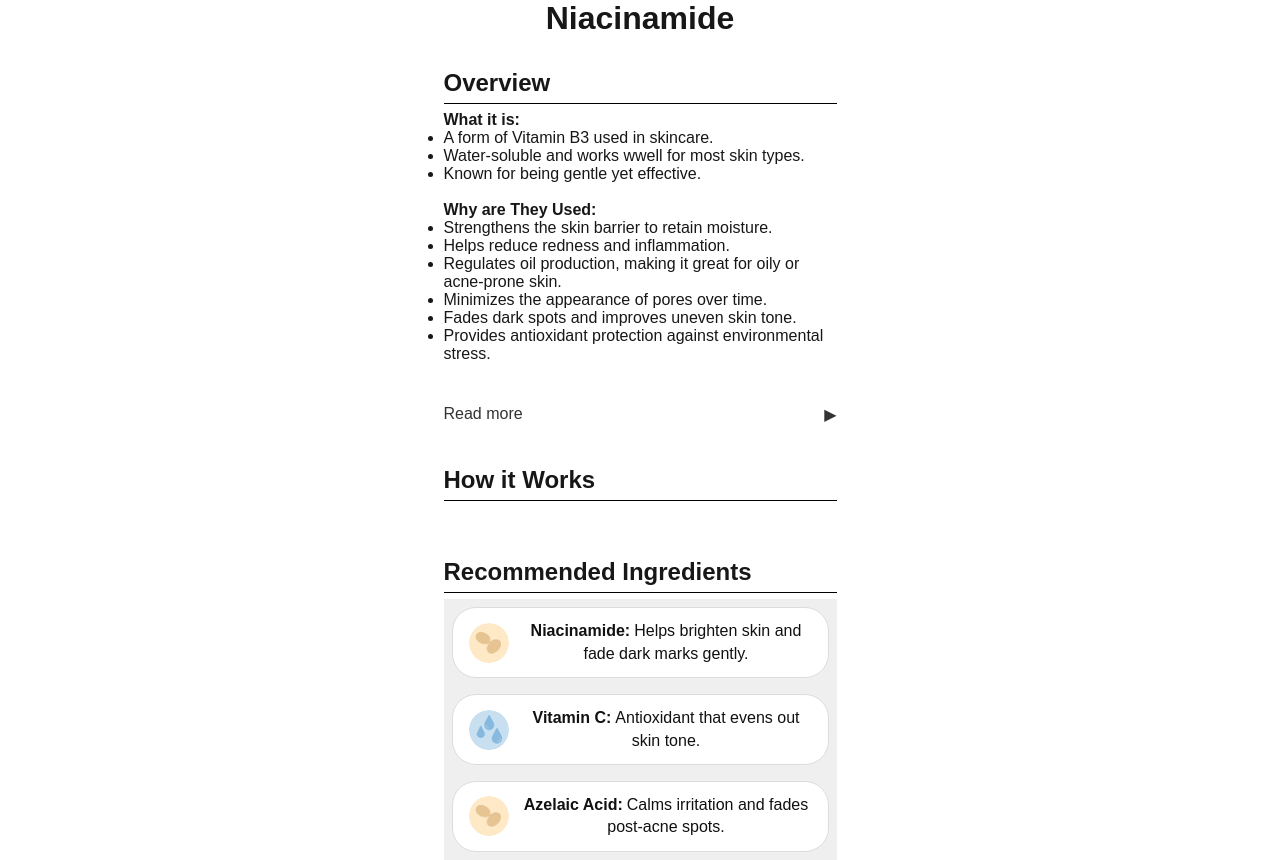
Repository: Esteb4ncd/DermaKnight_WebApp
Page: / (app in dermaknight/)
An editor plug-in stored every save of this project. The page is shown before and after a run of saves, followed by the edit.
The browser window is 1280 px wide. The pictures show the whole page.
The project was rebuilt for these pictures with package versions that can differ from the ones it lists, and the page was loaded fresh each time. The framework's server and built-in components were replaced by stand-ins that run in the browser. Also part of the build but not shown: dermaknight/next.config.mjs, dermaknight/app/page.module.css, dermaknight/app/ui/toggleDropdown/toggleDropdown.module.css.

Above is the page before, as saved 2025-05-12 13:40:26.

After the next 2 saves:
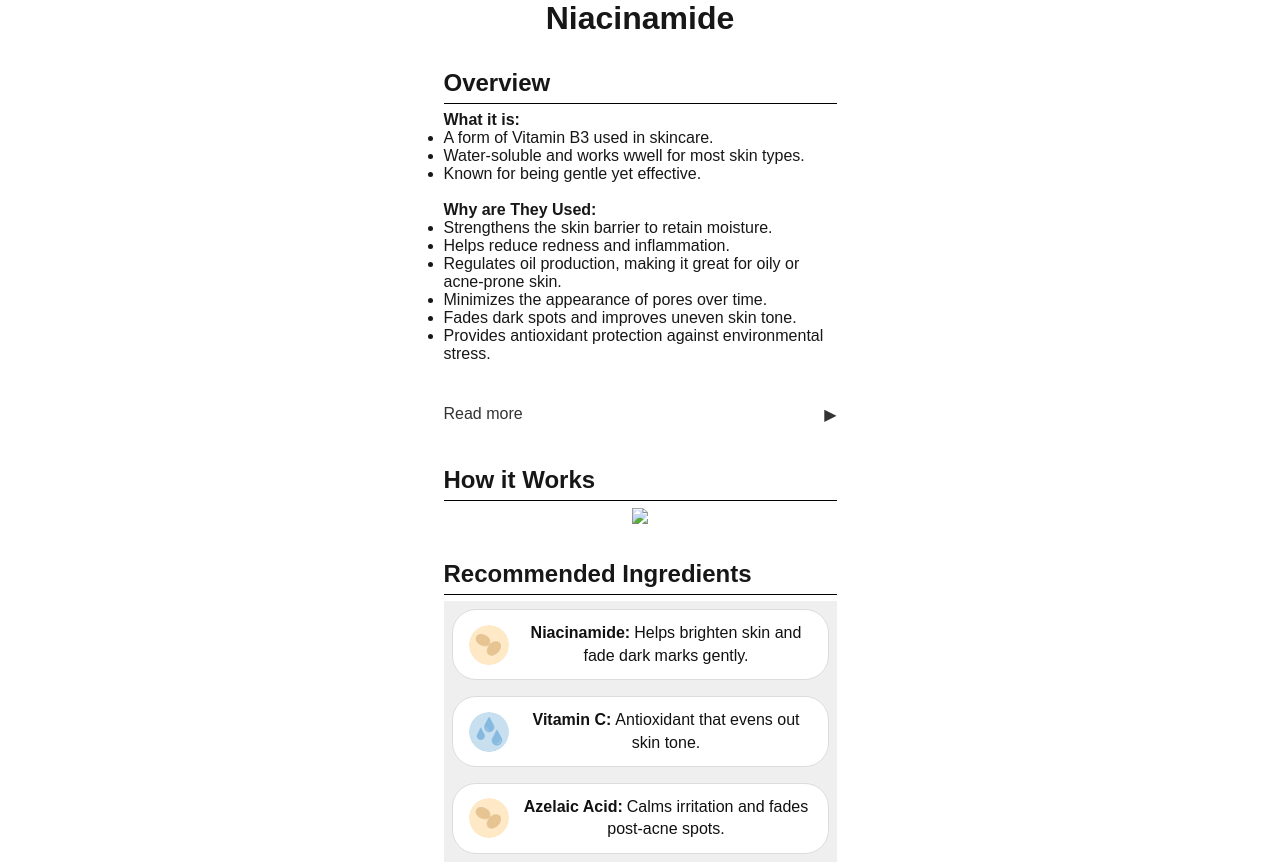
The 2 saves are shown as one change because they came seconds apart.
The last was saved 4 s later.
--- a/dermaknight/app/page.js
+++ b/dermaknight/app/page.js
@@ -159,7 +159,7 @@ export default function Home() {
         <section>
         <h2 style={{ "text-align": "left" }}>How it Works</h2>
         <hr style={{ border: "none", borderTop: "1px solid black", margin: "0.4rem 0" }} />
-        <img src=""></img>
+        <img src="./"></img>
         </section>
 
 
